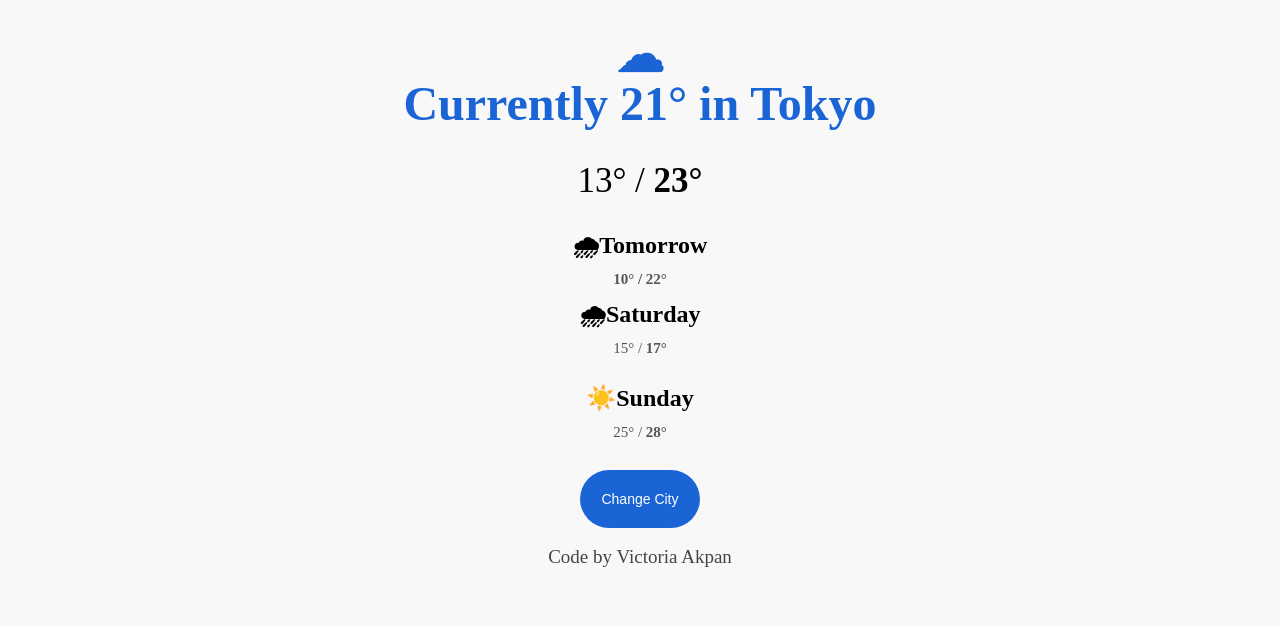
Repository: VickyJacob23/SheCode
Page: firstCode/weatherAppHomeWork.html
An editor plug-in stored every save of this project. The page is shown before and after the next save, followed by the edit.
The browser window is 1280 px wide. The pictures show the whole page.

Above is the page before, as saved 2024-08-27 14:14:28.

After the next save:
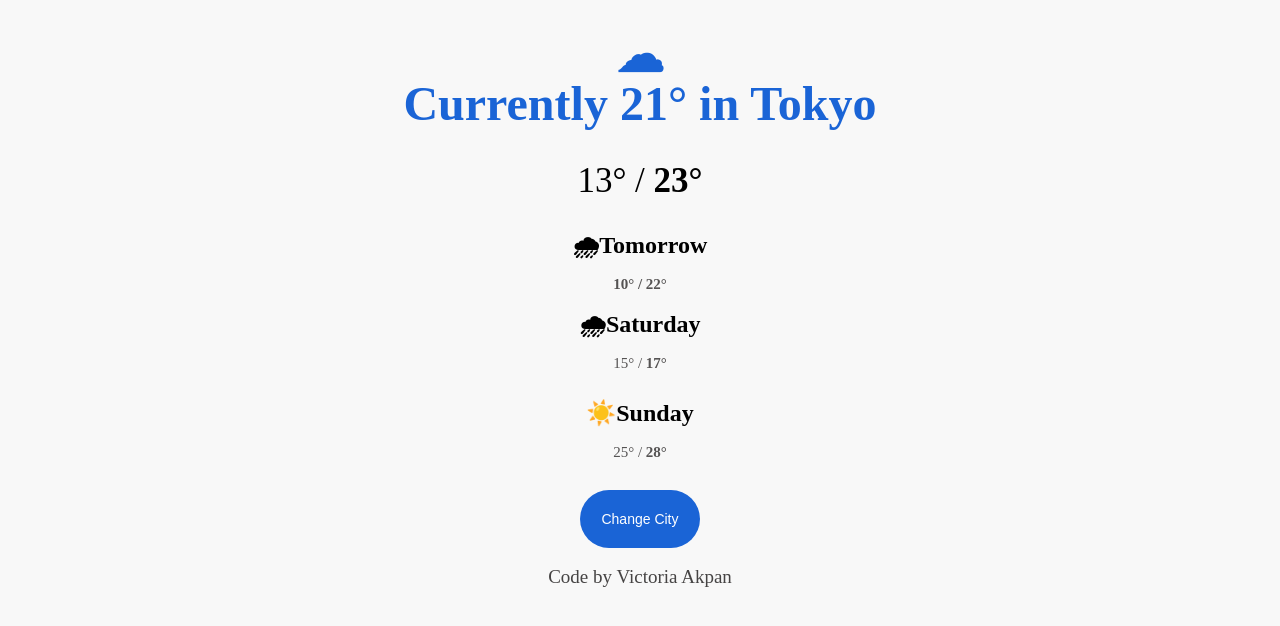
Saved 53 s later.
--- a/firstCode/weatherAppHomeWork.html
+++ b/firstCode/weatherAppHomeWork.html
@@ -14,15 +14,14 @@
         font-size: 48px;
         font-weight: 700;
       }
-      h2{
-        display: inline;
-      }
+
       .days:hover{
         background-color: #f8dfdf;
         cursor: pointer;
         transform: scale(1.05);
         transition: all 0.3s ease-in-out;
         border-radius: 10px;
+        display: inline;
       }
       span{
         font-weight: 700;
